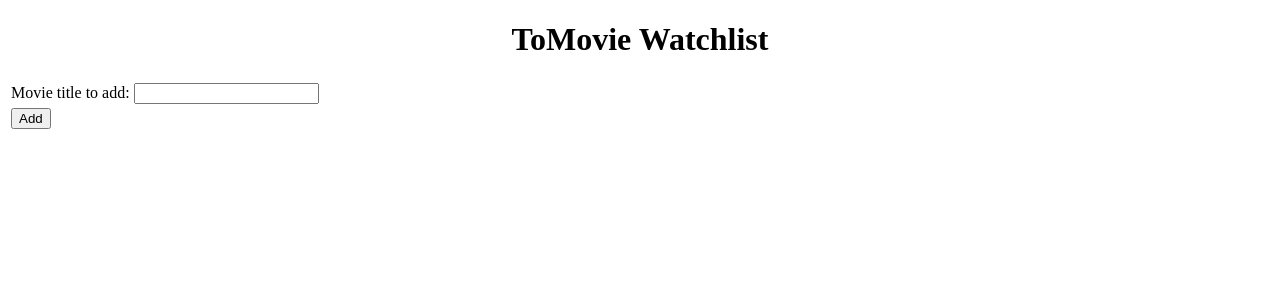
Repository: dannie-su-sjsu/CS157A-team6
Page: http://localhost/ToMovie/movie.jsp
The author's editor kept a copy of each file at every save. The page is drawn from the files as they stood at one save, then again after the next save.
The browser window is 1280 px wide. The pictures show the whole page.
The page is served by Tomcat 9. Other server files are loaded and not shown.

Above is the page before, as saved 2023-07-15 23:48:43.

### ToMovie/src/main/webapp/movie.jsp
<%@ page language="java" contentType="text/html; \charset=UTF-8"
	pageEncoding="UTF-8"%>
<!DOCTYPE html>
<html>
<head>
<meta charset="UTF-8">
<title>MovieList</title>
</head>
<body>

<div align = center>
<h1>ToMovie Watchlist</h1>
</div>

<form action ="MovieServlet" method="post">
<table>
<tr><td> Movie title to add: </td><td><input type = text name = title></td></tr>
<tr><td><input type = submit value = Add></td></tr>
</table>
</form>
</body>
</html>

After the next save:
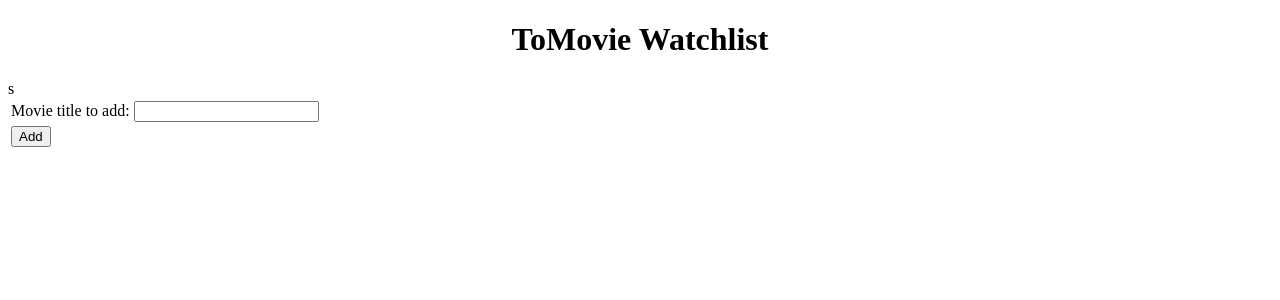
Saved 18 s later.
--- a/ToMovie/src/main/webapp/movie.jsp
+++ b/ToMovie/src/main/webapp/movie.jsp
@@ -11,8 +11,9 @@
 <div align = center>
 <h1>ToMovie Watchlist</h1>
 </div>
+s
+<form action ="MovieServlet" method="post">
 
-<form action ="MovieServlet" method="post">
 <table>
 <tr><td> Movie title to add: </td><td><input type = text name = title></td></tr>
 <tr><td><input type = submit value = Add></td></tr>

After the save that followed:
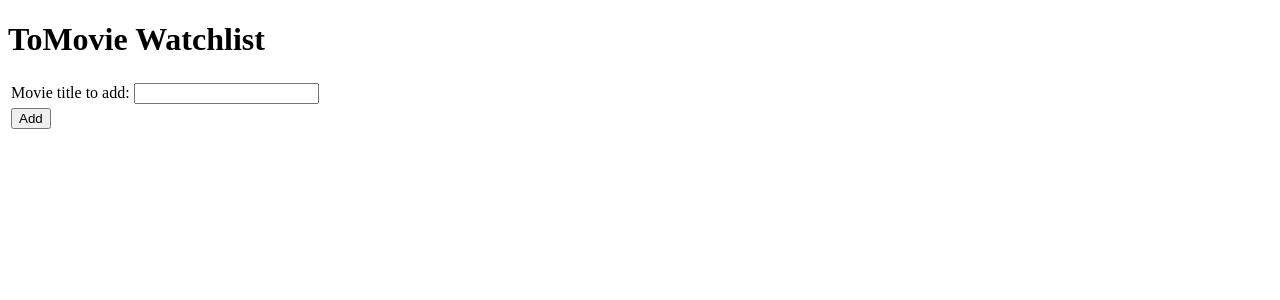
Saved 21 s later.
--- a/ToMovie/src/main/webapp/movie.jsp
+++ b/ToMovie/src/main/webapp/movie.jsp
@@ -8,10 +8,9 @@
 </head>
 <body>
 
-<div align = center>
+<div align = left>
 <h1>ToMovie Watchlist</h1>
 </div>
-s
 <form action ="MovieServlet" method="post">
 
 <table>
